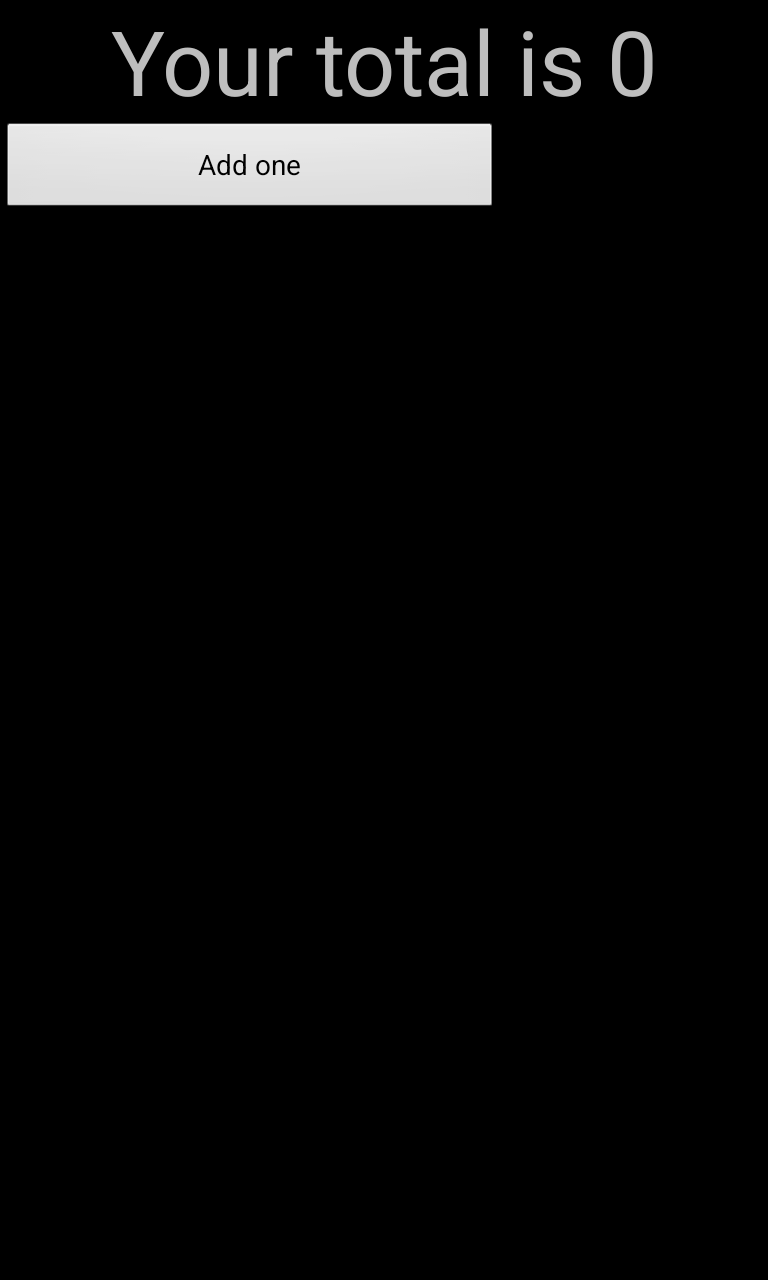
Repository: lcbasu/android
Layout: adt/TheNewBoston/res/layout/activity_starting_point.xml
These files come from the project's save history. The layout is drawn as it stood at one moment and after the next save; the edit follows.
It is drawn on a 768 x 1280 px phone screen (xhdpi) without system bars, with theme android:Theme; the app's code is not run.

Above is the layout before, as saved 2014-05-18 04:28:13.

After the next save:
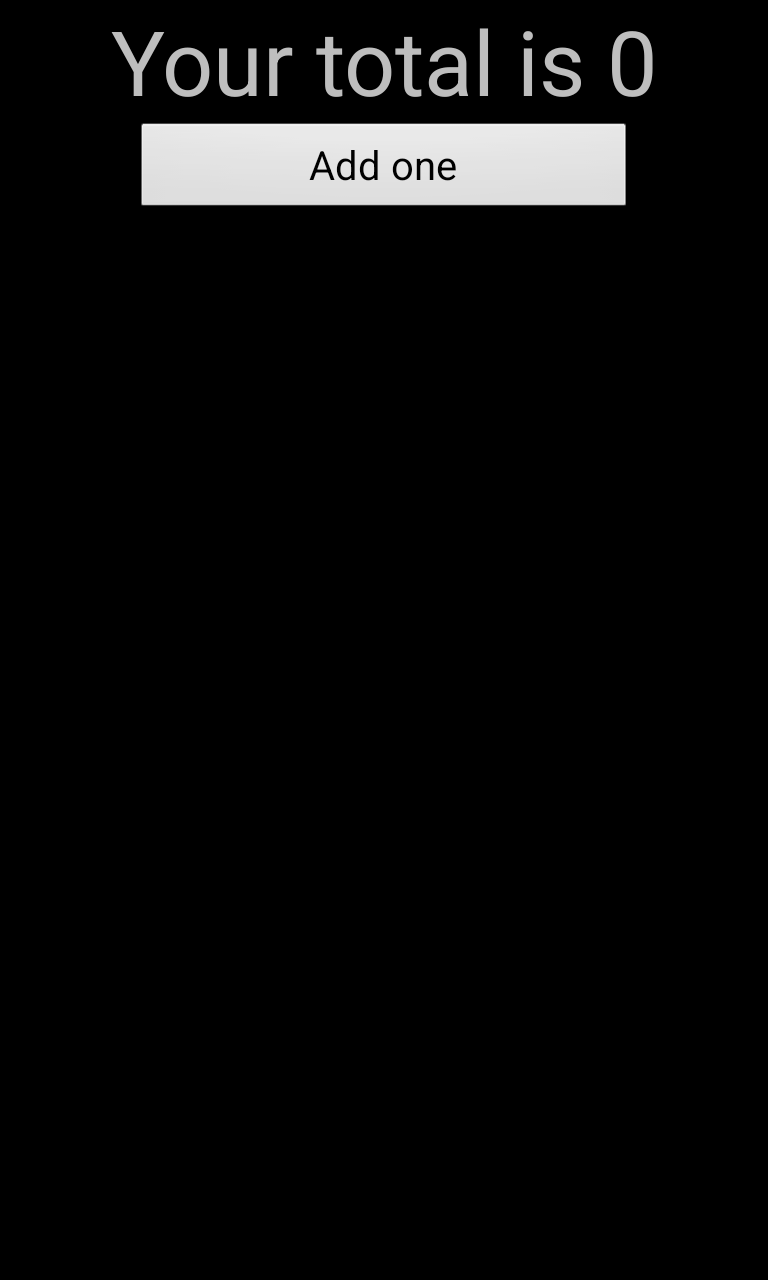
Saved 85 s later.
--- a/adt/TheNewBoston/res/layout/activity_starting_point.xml
+++ b/adt/TheNewBoston/res/layout/activity_starting_point.xml
@@ -14,6 +14,8 @@
     <Button
         android:layout_width="250dp"
         android:layout_height="wrap_content"
-        android:text="Add one" />
+        android:text="Add one"
+        android:layout_gravity="center"
+        android:textSize="20dp" />
 
 </LinearLayout>
